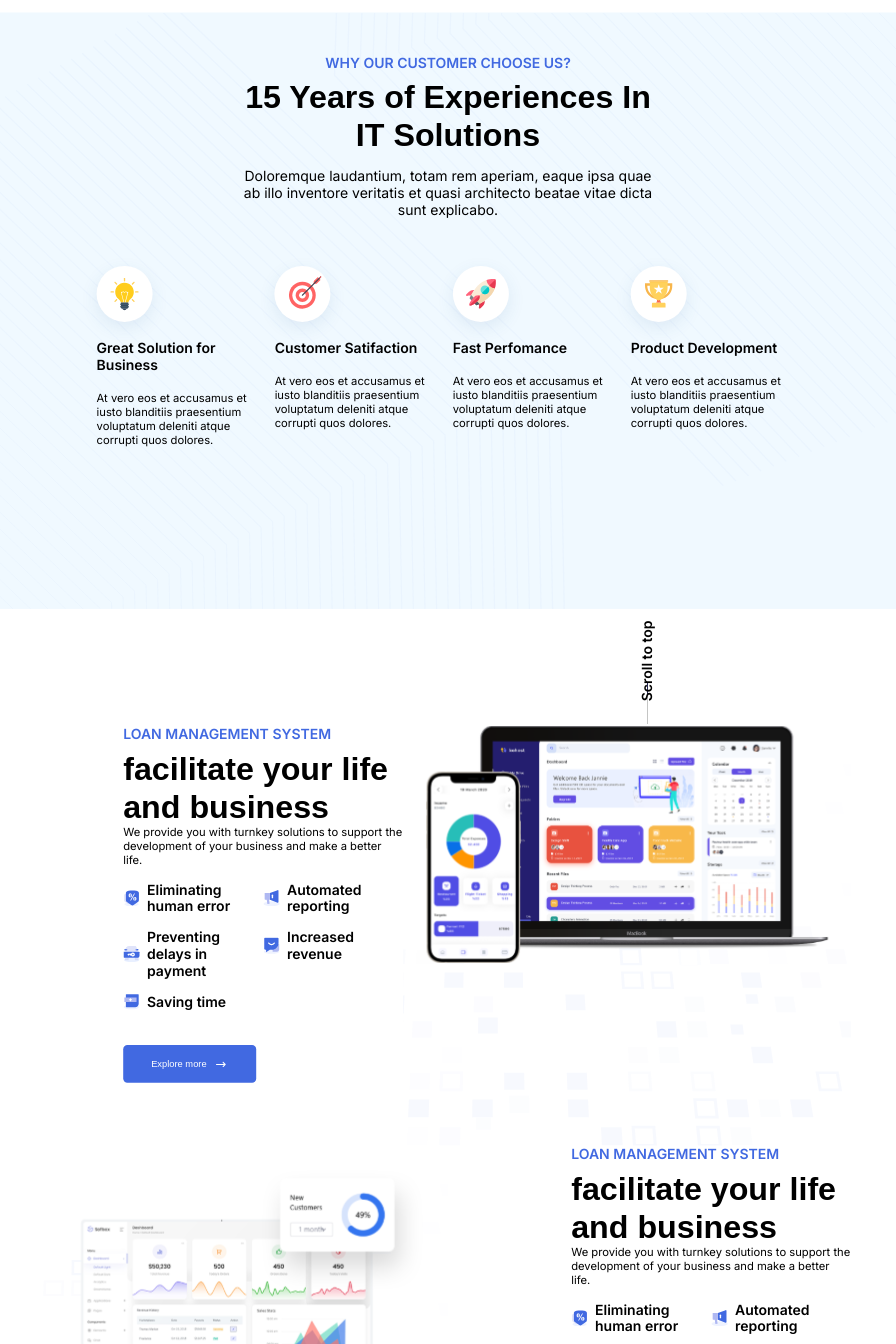
Repository: Chamsmey/static-html-css
Page: index.html
An editor plug-in stored every save of this project. The page is shown before and after a run of saves, followed by the edit.
The browser window is 1280 px wide. The pictures show the part of the page from y = 797 to 2717 px (the page is 3034 px tall), at 70% of full size.
Some web fonts or font styles are not loaded; a fallback is used.

Above is the page before, as saved 2022-11-15 15:47:17.

After the next 2 saves:
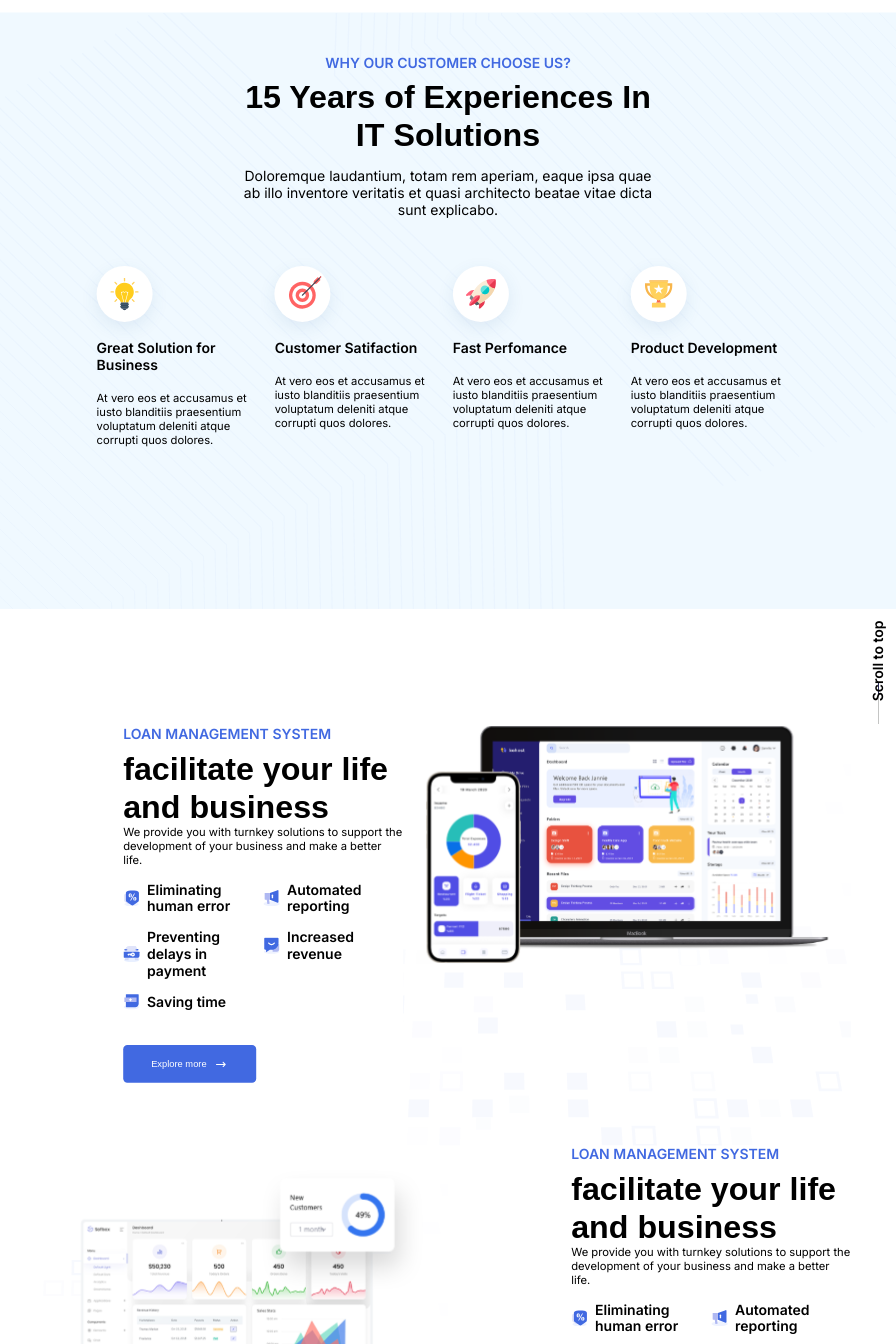
The 2 saves are shown as one change because they came seconds apart.
The last was saved 16 s later.
--- a/css/style.css
+++ b/css/style.css
@@ -376,7 +376,7 @@ height: 300px;
   width: 50px;
   height: 200px;
   /* background: red; */
-  left: 900px;
+  left: 1700px;
   top: 900px;
 
 }
